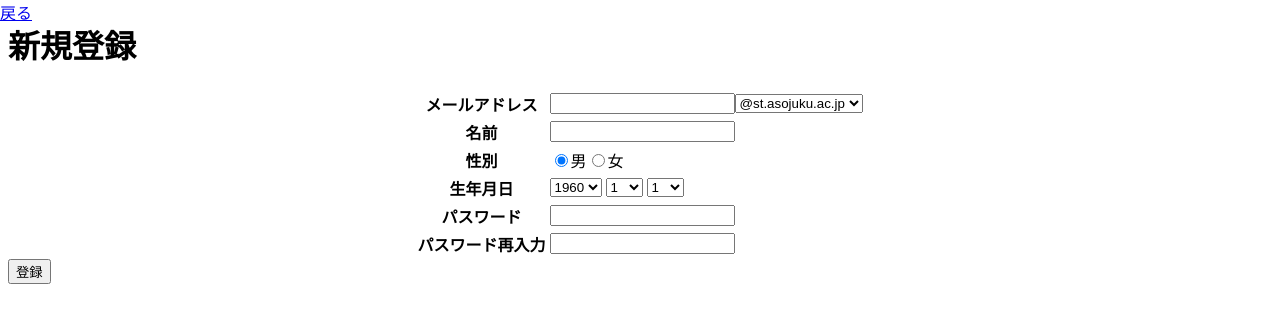
Repository: kawaguchi-mizuki/ntmc
Page: http://localhost/movie/adduser
The author's editor kept a copy of each file at every save. The page is drawn from the files as they stood at one save, then again after the next save.
The browser window is 1280 px wide. The pictures show the whole page.
The page is served by Tomcat 9.

Above is the page before, as saved 2019-06-13 05:48:28.

After the next save:
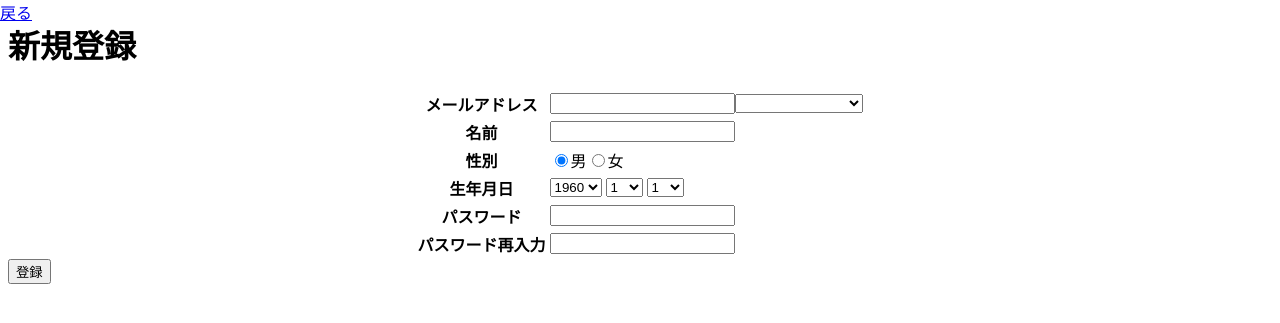
Saved 11 min 25 s later.
--- a/開発/movie/movie/WebContent/WEB-INF/jsp/add_user.jsp
+++ b/開発/movie/movie/WebContent/WEB-INF/jsp/add_user.jsp
@@ -89,7 +89,7 @@
 
 const addr=document.getElementById('addr')
 
-	var mail = ["@st.asojuku.ac.jp","@gmail.com"];
+	var mail = ["","@st.asojuku.ac.jp","@gmail.com",];
 
 	for(let i=0;i<mail.length;i++){
 		const optionTag=document.createElement("option")
